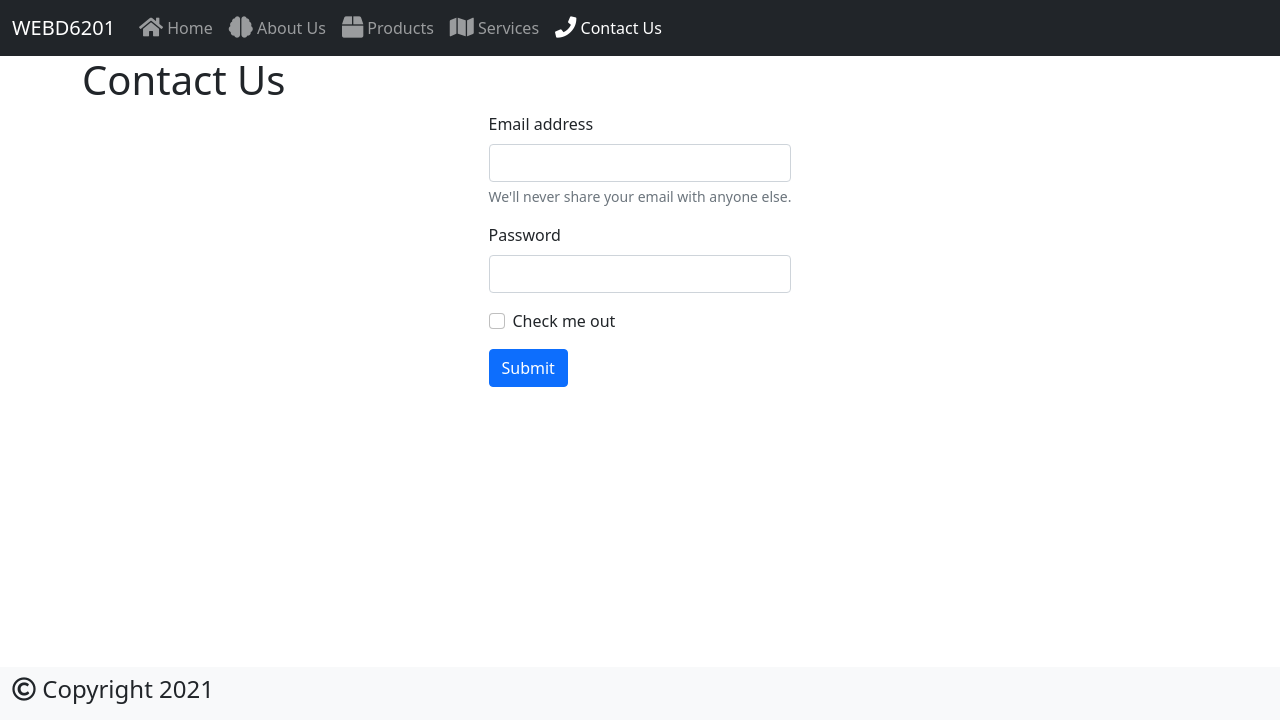
Repository: AshokSasi/WEBD6201-Week3
Page: contact.html
The author's editor kept a copy of each file at every save. The page is drawn from the files as they stood at one save, then again after the next save.
The browser window is 1280 px wide. The pictures show the whole page.

Above is the page before, as saved 2021-01-21 10:22:45.

### contact.html
<!DOCTYPE html>
<html lang="en">
<head>
    <meta charset="UTF-8">
    <meta name="viewport" content="width=device-width, initial-scale=1.0">
    <title>Contact Us</title>
    <!-- CSS Section-->
    <link rel="stylesheet" href="./Content/app.css">
    <link rel="stylesheet" href="./node_modules/bootstrap/dist/css/bootstrap.min.css">
    <link rel="stylesheet" href="./node_modules/@fortawesome/fontawesome-free/css/all.min.css">
</head>
<body>
  <!-- Main Header -->
    <header>
      <!--main navbar-->
        <nav class="navbar navbar-expand-lg navbar-dark bg-dark">
            <div class="container-fluid">
              <a class="navbar-brand" href="index.html">WEBD6201</a>
              <button class="navbar-toggler" type="button" data-bs-toggle="collapse" data-bs-target="#navbarSupportedContent" aria-controls="navbarSupportedContent" aria-expanded="false" aria-label="Toggle navigation">
                <span class="navbar-toggler-icon"></span>
              </button>
              <div class="collapse navbar-collapse" id="navbarSupportedContent">
                <ul class="navbar-nav me-auto mb-2 mb-lg-0">
                  <li class="nav-item">
                    <a class="nav-link" aria-current="page" href="index.html"><i class="fas fa-home fa-lg"></i> Home</a>
                  </li>
                  <li class="nav-item">
                    <a class="nav-link" aria-current="page" href="about.html"><i class="fas fa-brain fa-lg"></i> About Us</a>
                  </li>
                  <li class="nav-item">
                    <a class="nav-link" aria-current="page" href="products.html"><i class="fas fa-box fa-lg"></i> Products</a>
                  </li>
                  <li class="nav-item">
                    <a class="nav-link" aria-current="page" href="services.html"><i class="fas fa-map fa-lg"></i> Services</a>
                  </li>
                  <li class="nav-item">
                    <a class="nav-link active" aria-current="page" href="contact.html"><i class="fas fa-phone fa-lg"></i> Contact Us</a>
                  </li>
                </ul>

              </div>
            </div>
          </nav>
    </header>

    <!-- Main Content-->
    <main class="container">
        <h1>Contact Us</h1>

        <!--Contact us form-->
        <div class="row justify-content-md-center">
          <form class="col-md-auto">
            <div class="mb-3">
              <label for="exampleInputEmail1" class="form-label">Email address</label>
              <input type="email" class="form-control" id="exampleInputEmail1" aria-describedby="emailHelp">
              <div id="emailHelp" class="form-text">We'll never share your email with anyone else.</div>
            </div>
            <div class="mb-3">
              <label for="exampleInputPassword1" class="form-label">Password</label>
              <input type="password" class="form-control" id="exampleInputPassword1">
            </div>
            <div class="mb-3 form-check">
              <input type="checkbox" class="form-check-input" id="exampleCheck1">
              <label class="form-check-label" for="exampleCheck1">Check me out</label>
            </div>
            <button type="submit" class="btn btn-primary">Submit</button>
          </form>

        </div>

    </main>

    <!--Main Footer Nav -->
    <footer>
        <nav class="navbar fixed-bottom navbar-light bg-light">
            <div class="container-fluid">
              <h4><i class="far fa-copyright"></i> Copyright 2021</h4>
            </div>
          </nav>
    </footer>

    <!--Javascript section-->
    <script src="./Scripts/app.js"></script>
    <script src="./node_modules/jquery/dist/jquery.min.js"></script>
    <script src="./node_modules/bootstrap/dist/js/bootstrap.bundle.min.js"></script>
</body>
</html>

### Scripts/app.js

//IIFE Immediately Function Expression
//AKA - Anonymous Self- Executing Function
//Closure - Limits scop leak

"use strict";

(function()
{
    function displayHome()
    {
        let paragraphOneText = "This is a simple site to demonstrate DOM manipulation for ICE 1";

        let paragraphOneElement = document.getElementById("paragraphOne");

        paragraphOneElement.textContent= paragraphOneText;
        paragraphOneElement.className="fs-5";

        // Step 1: document.createElement
        let newParagraph  = document.createElement("p");
        // Step 2: Configure the element
        newParagraph.setAttribute("id","paragraphTwo");
        newParagraph.textContent = "... And this is paragraph two";
        // Step 3: Select the parent element
        let mainContent = document.getElementsByTagName("main")[0];
        // Step4: Add/Insert the element
        mainContent.appendChild(newParagraph);

        newParagraph.className = "fs-6";

        //another way of injecting content
       let paragraphDiv = document.createElement("div");
       let paragraphThree= `<p id="paragraphThree" class="fs-7 fw-bold">And this is the third paragraph</p>`;
        paragraphDiv.innerHTML = paragraphThree;

        //example of inserting before a node.
      //  newParagraph.before(paragraphDiv)

      //example of inserting after a node.
      newParagraph.after(paragraphDiv);

      //delete elements
      //paragraphOneElement.remove();

      //example of remove child
      mainContent.removeChild(paragraphOneElement);

      //update / modification
     // mainContent.firstElementChild.textContent = "Welcome Home";

     mainContent.innerHTML =
     `<h1 id="firstHeading">Welcome to WEBD6201 - ICE 1</h1>
     <p id="paragraphOne" class="fs-3 fw-bold">This is my first paragraph</p>
     `

    }

    function displayAbout()
    {

    }

    function displayProducts()
    {

    }

    function displayServices()
    {

    }

    function displayContact()
    {

    }

    function Start()
    {
        console.log("App started ...");
        console.log(document.title);
        switch (document.title)
        {
          case "Home":
              displayHome();
            break;
          case "About":
              displayAbout();
            break;
          case "Products":
              displayProducts();
            break;
          case "Services":
              displayServices();
            break;
          case "Contact Us":
              displayContact();
            break;
        }


    }
    window.addEventListener("load", Start);
})();

Loaded but not shown: node_modules/bootstrap/dist/css/bootstrap.min.css (library); node_modules/@fortawesome/fontawesome-free/css/all.min.css (library); node_modules/jquery/dist/jquery.min.js (library); node_modules/bootstrap/dist/js/bootstrap.bundle.min.js (library); Content/app.css (no stored copy; drawn as an empty file)

After the next save:
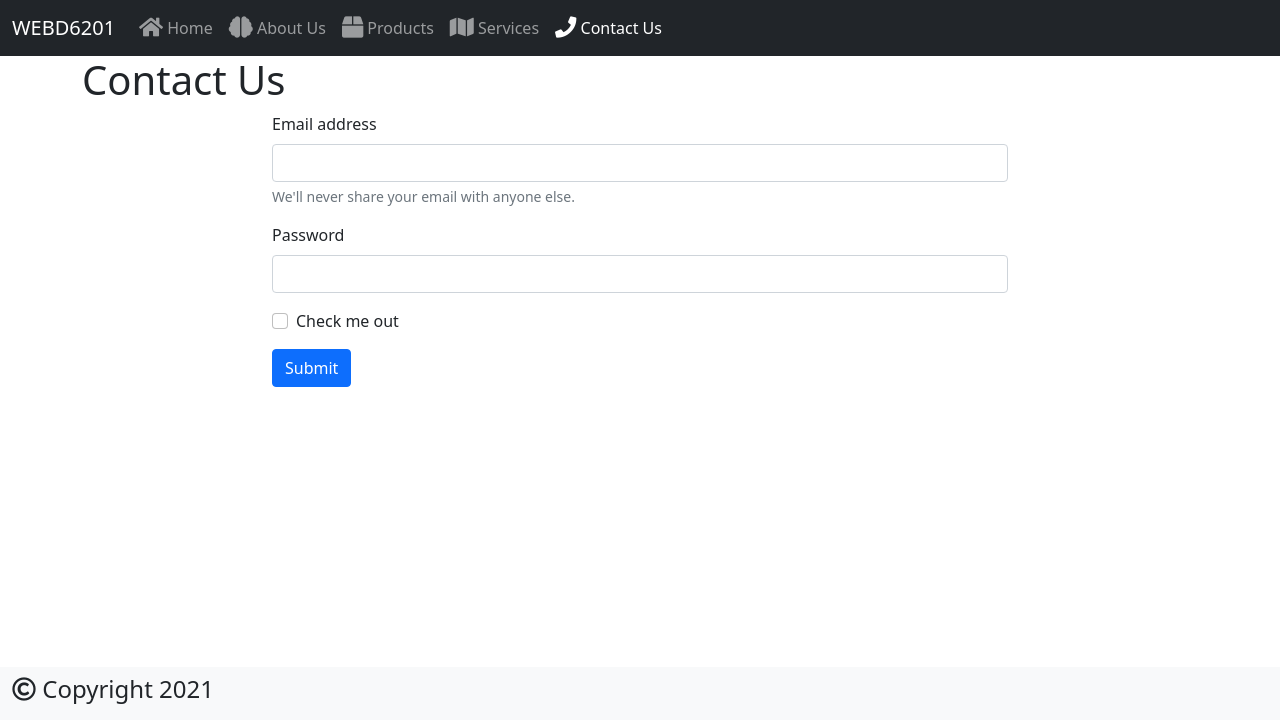
Saved 2 min 36 s later.
--- a/contact.html
+++ b/contact.html
@@ -49,7 +49,7 @@
 
         <!--Contact us form-->
         <div class="row justify-content-md-center">
-          <form class="col-md-auto">
+          <form class="col-lg-8 col-md-10 col-sm-10">
             <div class="mb-3">
               <label for="exampleInputEmail1" class="form-label">Email address</label>
               <input type="email" class="form-control" id="exampleInputEmail1" aria-describedby="emailHelp">
